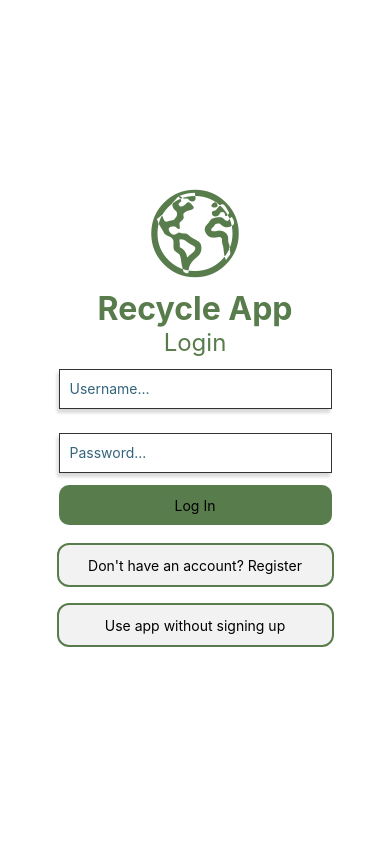
Repository: ct-pham/COMP4511
Screen: / (app in comp4511/)
An editor plug-in stored every save of this project. The screen is shown before and after a run of saves, followed by the edit.
The app was drawn by React Native's web renderer in a window 390 px wide. The project was rebuilt for these pictures with package versions that can differ from the ones it lists, and the page was loaded fresh each time.

Above is the screen before, as saved 2022-11-07 16:18:15.

After the next 3 saves:
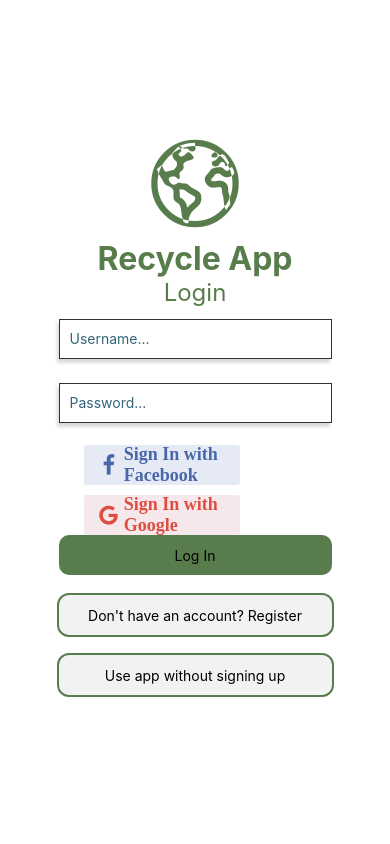
The 3 saves are shown as one change because 2 did not build or start.
The last was saved 109 s later.
--- a/comp4511/Components/Login.js
+++ b/comp4511/Components/Login.js
@@ -5,6 +5,8 @@ import {
     TextInput,
     TouchableOpacity,
 } from 'react-native';
+
+import SocialButton from './Other/SocialButtons';
 
 import Icon from 'react-native-vector-icons/Ionicons';
 
@@ -35,6 +37,23 @@ export default function Login( {navigation}) {
                     placeholder="Password..."
                     placeholderTextColor="#003f5c"
                     secureTextEntry={true}
+                />
+            </View>
+            <View>
+                <SocialButton
+                    buttonTitle="Sign In with Facebook"
+                    btnType="facebook"
+                    color="#4867aa"
+                    backgroundColor="#e6eaf4"
+                    onPress={() => {}}
+                />
+
+                <SocialButton
+                    buttonTitle="Sign In with Google"
+                    btnType="google"
+                    color="#de4d41"
+                    backgroundColor="#f5e7ea"
+                    onPress={() => {}}
                 />
             </View>
 
--- a/comp4511/Components/Other/SocialButtons.js
+++ b/comp4511/Components/Other/SocialButtons.js
@@ -1,5 +1,5 @@
 import {Text, TouchableOpacity, View, StyleSheet} from 'react-native';
-import {windowHeight, windowWidth} from '../utils/Dimentions';
+
 
 import FontAwesome from 'react-native-vector-icons/FontAwesome';
 
@@ -30,8 +30,8 @@ export default SocialButton;
 const styles = StyleSheet.create({
   buttonContainer: {
     marginTop: 10,
-    width: '100%',
-    height: windowHeight / 15,
+    width: '70%',
+    height: 40,
     padding: 10,
     flexDirection: 'row',
     borderRadius: 3,
